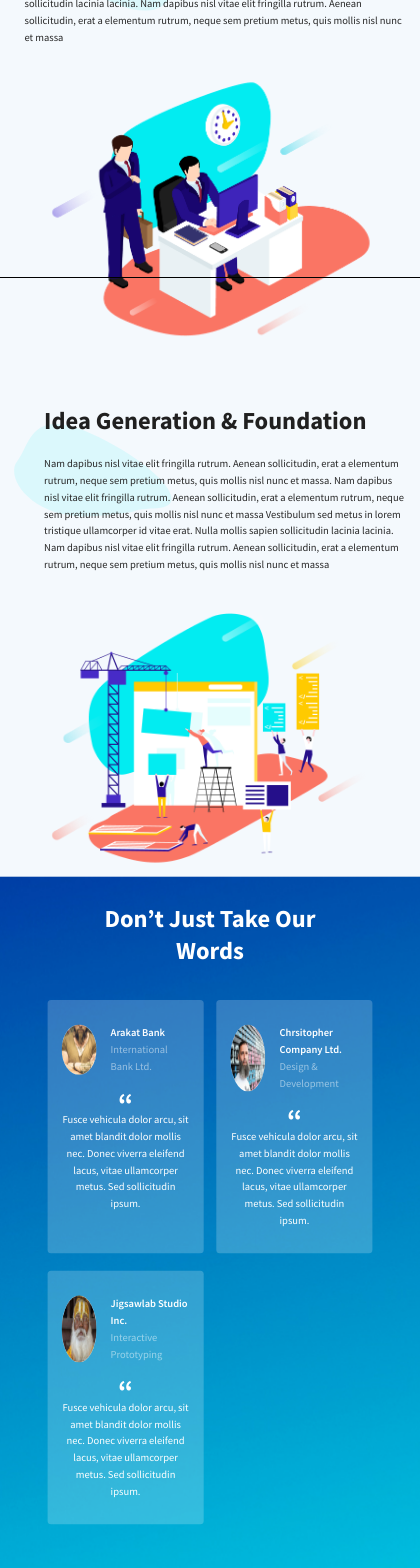
Repository: advert31337/marafon_from0to1_MartaUP
Page: index.html
An editor plug-in stored every save of this project. The page is shown before and after the next save, followed by the edit.
The browser window is 600 px wide. The pictures show the part of the page from y = 2509 to 4749 px (the page is 4749 px tall before and 4710 px after), at 70% of full size.

Above is the page before, as saved 2020-03-08 17:57:36.

### index.html
<!DOCTYPE html>
<html lang="en">

<head>
    <meta charset="UTF-8">
    <meta name="viewport" content="width=device-width, initial-scale=1.0">
    <title>Marafon MartaUP</title>
    <link href="https://fonts.googleapis.com/css?family=Source+Sans+Pro:400,600,700&display=swap" rel="stylesheet">
    <link rel="stylesheet" href="css/reset.css">
    <link rel="stylesheet" href="css/slick.css">
    <link rel="stylesheet" href="css/style.css">
</head>

<body>
    <header class="header">

        <div class="container">
            <div class="header__top">

                <div class="logo">
                    <a href="#!">+
                        <img src="images/logo.svg" alt="">
                    </a>
                </div>

                <nav class="menu">
                    <div class="menu__btn">
                        <span>

                        </span>
                    </div>
                    <ul class="menu__list">
                        <li><a class="menu__list-item" href="#">home</a></li>
                        <li><a class="menu__list-item" href="#">work</a></li>
                        <li><a class="menu__list-item" href="#">about</a></li>
                        <li><a class="menu__list-item" href="#">contact</a></li>
                    </ul>
                </nav>

                <div class="header-btn">
                    <a class="login" href="#">login</a>
                    <a class="sign-up" href="#">sign up</a>
                </div>

            </div>

            <div class="header-slider">
                <div class="header-slider__item">
                    <div class="header-slider__item-content">

                        <div class="header-slider__item-info">
                            <h3 class="header-slider__title">
                                We Build Apps & Websites
                                for Your Business
                            </h3>
                            <div class="header-slider__description">
                                For startups, For businesses & For you
                            </div>
                            <a href="" class="header-slider__btn">Request a quote</a>
                        </div>

                        <div class="header-slider__item-images">
                            <img src="images/slider-img.png" alt="">
                        </div>
                    </div>
                </div>


                <div class="header-slider__item">
                    <div class="header-slider__item-content">

                        <div class="header-slider__item-info">
                            <h3 class="header-slider__title">
                                We Build Apps & Websites
                                for Your Business
                            </h3>
                            <div class="header-slider__description">
                                For startups, For businesses & For you
                            </div>
                            <a href="" class="header-slider__btn">Request a quote</a>
                        </div>

                        <div class="header-slider__item-images">
                            <img src="images/slider-img.png" alt="">
                        </div>
                    </div>
                </div>


                <div class="header-slider__item">
                    <div class="header-slider__item-content">

                        <div class="header-slider__item-info">
                            <h3 class="header-slider__title">
                                We Build Apps & Websites
                                for Your Business
                            </h3>
                            <div class="header-slider__description">
                                For startups, For businesses & For you
                            </div>
                            <a href="" class="header-slider__btn">Request a quote</a>
                        </div>

                        <div class="header-slider__item-images">
                            <img src="images/slider-img.png" alt="">
                        </div>
                    </div>
                </div>


                <div class="header-slider__item">
                    <div class="header-slider__item-content">

                        <div class="header-slider__item-info">
                            <h3 class="header-slider__title">
                                We Build Apps & Websites
                                for Your Business
                            </h3>
                            <div class="header-slider__description">
                                For startups, For businesses & For you
                            </div>
                            <a href="" class="header-slider__btn">Request a quote</a>
                        </div>

                        <div class="header-slider__item-images">
                            <img src="images/slider-img.png" alt="">
                        </div>
                    </div>
                </div>


                <div class="header-slider__item">
                    <div class="header-slider__item-content">

                        <div class="header-slider__item-info">
                            <h3 class="header-slider__title">
                                We Build Apps & Websites
                                for Your Business
                            </h3>
                            <div class="header-slider__description">
                                For startups, For businesses & For you
                            </div>
                            <a href="" class="header-slider__btn">Request a quote</a>
                        </div>

                        <div class="header-slider__item-images">
                            <img src="images/slider-img.png" alt="">
                        </div>
                    </div>
                </div>
            </div>

        </div>

    </header>

    <section class="specialised">
        <div class="container">
            <div class="specialised__title title">
                We are specialised in
            </div>
            <div class="specialised__items">
                <div class="specialised__item">
                    <div class="specialised__item-img">
                        <img src="images/specialise-1.svg" alt="">
                    </div>

                    <div class="specialise__item-title">
                        UI/UX Design
                    </div>
                    <div class="specialise__item-text">
                        In hac habitasse platea dictumstmus adipiscing fermentum quam volutpat aliquam. Integer cilisis tristique.
                    </div>
                </div>
                <div class="specialised__item">
                    <div class="specialised__item-img">
                        <img src="images/specialise-2.svg" alt="">
                    </div>
                    <div class="specialise__item-title">
                        Web Development
                    </div>
                    <div class="specialise__item-text">
                        In hac habitasse platea dictumstmus adipiscing fermentum quam volutpat aliquam. Integer cilisis tristique.
                    </div>
                </div>
                <div class="specialised__item">
                    <div class="specialised__item-img">
                        <img src="images/specialise-3.svg" alt="">
                    </div>
                    <div class="specialise__item-title">
                        App Development
                    </div>
                    <div class="specialise__item-text">
                        In hac habitasse platea dictumstmus adipiscing fermentum quam volutpat aliquam. Integer cilisis tristique.
                    </div>
                </div>
            </div>
        </div>
    </section>

    <section class="advantages">
        <div class="container">

            <div class="advantages-box">
                <div class="advantages-box__info">
                    <div class="advantages-box__title">
                        Experienced Designers & Developers
                    </div>
                    <div class="advantages-box__text">
                        <p>
                            Nam dapibus nisl vitae elit fringilla rutrum. Aenean sollicitudin, erat a elementum rutrum, neque sem pretium metus, quis mollis nisl nunc et massa.
                        </p>
                        <p>
                            Vestibulum sed metus in lorem tristique ullamcorper id vitae erat.
                        </p>
                    </div>
                </div>

                <div class="advantages-box__img">
                    <img src="images/advantages-1.png" alt="">
                </div>
            </div>

            <div class="advantages-box advantages-box--right">
                <div class="advantages-box__info">
                    <div class="advantages-box__title">
                        Information Architect &
                        Visual Prototyping
                    </div>
                    <div class="advantages-box__text">
                        <p>
                            Nam dapibus nisl vitae elit fringilla rutrum. Aenean sollicitudin, erat a elementum rutrum, neque sem pretium metus, quis mollis nisl nunc et massa.
                        </p>
                        <p>
                            Vestibulum sed metus in lorem tristique ullamcorper id vitae erat. Nulla mollis sapien sollicitudin lacinia lacinia. Nam dapibus nisl vitae elit fringilla rutrum. Aenean sollicitudin, erat a elementum rutrum, neque sem pretium metus, quis mollis nisl nunc et massa
                        </p>
                    </div>
                </div>
                <div class="advantages-box__img">
                    <img src="images/advantages-2.png" alt="">
                </div>
            </div>

            <div class="advantages-box">
                <div class="advantages-box__info advantages-box__info--bg">
                    <div class="advantages-box__title">
                        Idea Generation & Foundation
                    </div>
                    <div class="advantages-box__text">
                        <p>
                            Nam dapibus nisl vitae elit fringilla rutrum. Aenean sollicitudin, erat a elementum rutrum, neque sem pretium metus, quis mollis nisl nunc et massa. Nam dapibus nisl vitae elit fringilla rutrum. Aenean sollicitudin, erat a elementum rutrum, neque sem pretium metus, quis mollis nisl nunc et massa    Vestibulum sed metus in lorem tristique ullamcorper id vitae erat. Nulla mollis sapien sollicitudin lacinia lacinia. Nam dapibus nisl vitae elit fringilla rutrum. Aenean sollicitudin, erat a elementum rutrum, neque sem pretium metus, quis mollis nisl nunc et massa
                        </p>
                    </div>
                </div>

                <div class="advantages-box__img">
                    <img src="images/advantages-3.png" alt="">
                </div>
            </div>
        </div>
    </section>

    <section class="reviews">
        <div class="container">
            <div class="reviews__title title">
                Don’t Just Take Our Words
            </div>
            <div class="reviews__items">

                <div class="reviews__item">
                    <div class="reviews__item-head">
                        <img src="images/rev-1.jpg" alt="">
                        <div class="reviews__item-info">
                            <div class="reviews__item-name">
                                Arakat Bank
                            </div>
                            <div class="reviews__item-position">
                                International Bank Ltd.
                            </div>
                        </div>
                    </div>
                    <div class="reviews__item-text">
                        Fusce vehicula dolor arcu, sit amet blandit dolor mollis nec. Donec viverra eleifend lacus, vitae ullamcorper metus. Sed sollicitudin ipsum.
                    </div>
                </div>

                <div class="reviews__item">
                    <div class="reviews__item-head">
                        <img src="images/rev-2.jpg" alt="">
                        <div class="reviews__item-info">
                            <div class="reviews__item-name">
                                Chrsitopher Company Ltd.
                            </div>
                            <div class="reviews__item-position">
                                Design & Development
                            </div>
                        </div>
                    </div>
                    <div class="reviews__item-text">
                        Fusce vehicula dolor arcu, sit amet blandit dolor mollis nec. Donec viverra eleifend lacus, vitae ullamcorper metus. Sed sollicitudin ipsum.
                    </div>
                </div>

                <div class="reviews__item">
                    <div class="reviews__item-head">
                        <img src="images/rev-3.jpg" alt="">
                        <div class="reviews__item-info">
                            <div class="reviews__item-name">
                                Jigsawlab Studio Inc.
                            </div>
                            <div class="reviews__item-position">
                                Interactive Prototyping
                            </div>
                        </div>
                    </div>
                    <div class="reviews__item-text">
                        Fusce vehicula dolor arcu, sit amet blandit dolor mollis nec. Donec viverra eleifend lacus, vitae ullamcorper metus. Sed sollicitudin ipsum.
                    </div>
                </div>

            </div>
        </div>
    </section>

    <!-- <footer class="footer">
        <div class="container">
            <div class="footer__inner">
                <div class="footer__link">
                    <a href="#">About Martaup</a>
                    <a href="#">Help</a>
                    <a href="#">Privacy Policy</a>
                </div>
                <div class="footer__copy">
                    © 2013-2018 All rights reserved.
                </div>
            </div>
        </div>
    </footer> -->


    <script src="https://ajax.googleapis.com/ajax/libs/jquery/3.4.1/jquery.min.js"></script>
    <script src="js/slick.min.js"></script>
    <script src="js/main.js"></script>
</body>

</html>

### css/style.css
*{
    box-sizing: border-box;
}

body {
    font-family: 'Source Sans Pro', sans-serif;
    font-size: 15px;
    line-height: 24px;
}

a {
    text-decoration: none;
    color: inherit;
}
.header {
    background-image: url('../images/header-bg.jpg');
    min-height: 793px;
    background-repeat: no-repeat;
    background-size: cover;
    background-position: top center;
}

.container {
    max-width: 1200px;
    margin: 0 auto;
    padding: 0 15px 0 15px;

}

.header__top {
    display: flex;
    justify-content: space-between;
    height: 100px;
    align-items: center;
}

.menu__list {
    display: flex;
}

.menu__list li + li {
    padding-left: 50px;

}

.login {
    margin-right: 44px;
    color: #fff;
    text-transform: uppercase;
    font-weight: 600;
}

.menu__list a{
    opacity: 0.5;
    color: #fff;
    font-weight: 600;
    text-transform: uppercase;
    transition: all 0.5s;
}

.menu__list a:hover {
    opacity: 1;
}

.sign-up {
    text-transform: uppercase;
    color: #250f8a;
    font-weight: 600;
    background-color: #fff;
    padding: 8px 43px;
    border-radius: 20px;

}

.header-slider {
    padding-top: 111px;
}
.header-slider__item {

}
.header-slider__item-content {
    display: flex;
    justify-content: space-between;
}
.header-slider__item-info {
    max-width: 506px;
    color:#fff;
}
.header-slider__title {
    font-weight: 700;
    font-size: 45px;
    line-height: 60px;
    margin-bottom: 10px;
}
.header-slider__description {
    line-height: 55px;
    font-size: 24px;
    margin-bottom: 60px;
}
.header-slider__btn {
    font-weight: 600;
    text-transform: uppercase;
    color: #250F8A;
    padding: 13px 39px;
    background-color: #FFCA00;
    border-radius: 25px;
}
.header-slider__item-images {
    margin: 10px 82px 0 0;
}

.header-dots{
    list-style: none;
    position: absolute;
    right: 0;
    top: 50%;
    transform: translateY(-50%)
}

.header-dots button {
    border: none;
    background-color: #fff;
    opacity: 0.5;
    font-size: 0;
    padding: 0;
    width: 7px;
    height: 7px;
    border-radius: 3.5px;
    cursor: pointer;
    outline: none;
    margin: 10px auto;
    display: block;
}

.header-dots .slick-active button{
    width: 15px;
    opacity: 1;
}

.specialised{
    padding: 55px 0 93px;
    background-image: url(../images/special-bg.svg);
    background-position: left bottom;
    background-repeat: no-repeat;
    color: #202020;
    text-align: center;
}

.specialised__title {
    margin-bottom: 96px;
}
.title {
    font-size: 35px;
    line-height: 45px;
    font-weight: 700;
    text-align: center;
}

.specialised__items {
    display: flex;
    justify-content: space-between;
    max-width: 980px;
    margin: 0 auto;

}
.specialised__item {
    width: 280px;
}
.specialised__item-img {
    margin-bottom: 23px;
    min-height: 159px;
}
.specialise__item-title {
    margin-bottom: 11px;
    font-size: 20px;
    font-weight: 700;
}
.specialise__item-text {
   padding: 0 10px;
   color: #272727;
   opacity: 0.7;
}


.advantages {
    padding-top: 64px;
    background: #f4f9fd;
    background-image: url(../images/advantages-bg.svg);
    background-repeat: no-repeat;
    background-position: center right;
}

.advantages-box {
    display: flex;
    justify-content: space-between;
    padding-bottom: 76px;
}

 .advantages-box--right .advantages-box__info{
    order: 1;
    background-image: url(../images/title-bg-2.svg);
    background-position: 22px 130px;
}
.advantages-box__info {
    max-width: 455px;
    padding-top: 60px;
    background-image: url(../images/title-bg-1.svg);
    background-repeat: no-repeat;
    background-position: 22px 76px;
}

.advantages-box__info--bg{
    background-image: url(../images/title-bg-3.svg);
    background-position: 5px 105px;
}


.advantages-box__title {
    color: #202020;
    font-size: 35px;
    line-height: 45px;
    font-weight: 700;
    padding: 68px 0 15px 48px;

}
.advantages-box__text {
    padding-left: 48px;
    color: #272727;
}

.advantages-box__text p{
    margin: 12px 0;
}


.reviews {
    background-image: url(../images/reviews-bg.jpg);
    background-repeat: no-repeat;
    background-position: top center;
    background-size: cover;
    padding: 38px 53px;
}

.reviews__title {
    color: #fff;
    margin: 0 auto 48px;
    max-width: 384px;
}
.reviews__items {
    max-width: 940px;
    margin: 0 auto;
    display: flex;
    justify-content: space-between;
}
.reviews__item {
    width: 300px;
    border-radius: 5px;
    background-color: rgba(255, 255, 255, .2);
    padding: 35px 20px;
    color: #fff;
}
.reviews__item-head {
    margin-bottom: 13px;
    display: flex;
}

.reviews__item-head img{
    border-radius: 50%;
    margin-right: 20px;
}

.reviews__item-name {
    font-weight: 600;
}
.reviews__item-position {
    opacity: .5;
}
.reviews__item-text {
    text-align: center;
    padding-top: 39px;
    position: relative;
}

.reviews__item-text::before{
    content: "“";
    font-size: 40px;
    line-height: 55px;
    font-weight: 700;
    position: absolute;
    top: 0;
    left: 0;
    right: 0;
}

.footer{

}

.footer__inner {
    display: flex;
    justify-content: space-between;
    align-items: center;
    height: 61px;
    color: #272727;
    padding: 0 40px;
}
.footer__link a + a {
    margin-left: 20px;
}




@media (max-width: 1620px){
    .advantages{
        background-image: none;
    }
}


@media (max-width: 1201px){
    .specialised{
        background-size: 60px;
    }
}

@media (max-width: 1190px){
    .header-slider__item-images{
        margin: 50px 20px 0 0;
    }
    .header-slider__item-images img{
        width: 80%;
    }
    .header-slider__item-info{
        padding: 50px 0;
    }

    .header-slider{
        padding-top: 25px;
    }

    .advantages-box__img img{
        width: 80%
    }

    .advantages-box__img{
        text-align: center;
    }

    .advantages-box{
        justify-content: space-around;
    }

    .advantages-box--right .advantages-box__title{
        padding: 30px 0 15px 20px;
    }

    .advantages-box--right .advantages-box__text{
        padding-left: 20px;
    }

    .advantages-box--right .advantages-box__info{
        padding-right: 30px;
    }
}

@media (max-width: 1080px){
    .specialised{
        background-image: none;
    }

    .advantages-box__info{
        padding-top: 10px;
    }

    .advantages-box--right .advantages-box__info{
        padding-right: 10px;
    }

    .advantages-box__img{
        width: 71%;
        margin-top: 40px;
    }

    .reviews__items{
        flex-wrap: wrap;
    }
    .reviews__item{
        width: 48%;
        margin-bottom: 25px;
    }
}


@media (max-width: 924px){
    .header__top{
        flex-wrap: wrap;
    }

    .header-btn{
        width: 100%;
        text-align: right;
    }

    .login{
        margin-right: 30px;
    }

}

@media (max-width: 900px){
    .header-slider__item-images{
        display: none;
    }
}

@media (max-width: 858px) {
    .advantages{
        padding-top: 0;
    }

    .advantages-box__info{
        max-width: 100%;
        flex-wrap: wrap;
    }

    .advantages-box{
        flex-wrap: wrap;
        padding-bottom: 20px;
    }

    .advantages-box--right .advantages-box__info{
        order: 0;
    }

    .advantages-box__img{
        width: 100%;
    }
}

@media (max-width: 775px) {
    .specialised{
        padding: 20px 0 40px;
    }

    .specialised__title{
        margin-bottom: 40px;
    }

    .specialised__items{
        flex-wrap: wrap;
    }

    .specialised__item{
        width: 50%;
        margin-bottom: 20px;
    }
}

@media (max-width: 570px) {
    .menu__list{
        display: none;
        position: absolute;
        top: 120px;
        left: 0;
        text-align: center;
        width: 100%;
        background-color: #1a50a8;
        z-index: 5;
    }

    .menu__list li + li{
        padding-left: 0;
    }

    .menu__list a{
        display: block;
        padding: 10px;
    }

    .menu__btn{
        width: 30px;
        height: 20px;
        position: relative;

    }

    .menu__btn span{
        width: 100%;
        height: 2px;
        background-color: #fff;
        top:9px;
        position: absolute;
    }

    .menu__btn::after,
    .menu__btn::before{
        content: "";
        height: 2px;
        width: 100%;
        background-color: #fff;
        position: absolute;
    }

    .menu__btn::after{
        top: 0;
    }

    .menu__btn::before{
        bottom: 0;
    }

    .header-slider__item-info{
        padding: 10px 30px 10px 0;
    }

    .header{
        min-height: 580px;
    }

    .header-slider__description{
        margin-bottom: 20px;
        font-size: 20px;
        line-height: 35px;
    }

    .header-slider__title{

        font-size: 35px;
        line-height: 45px;

    }


    .specialised__items{
        display: block;
    }

    .specialised__item{
        width: 100%;

    }

    .title{
        font-size: 30px;
        line-height: 40px;
    }

    .advantages-box__title{
        font-size: 30px;
        line-height: 40px;
        padding: 68px 0 15px 0px;
    }

    .advantages-box__text{
        padding-left: 0;
    }

    .advantages-box--right .advantages-box__title{
        padding: 30px 0 15px 0;
    }

    .advantages-box--right .advantages-box__text{
        padding-left: 0;
    }

}

@media (min-width: 570px){
    .menu__list{
        display: flex !important;
    }

}

### js/main.js
$(function(){
    $('.header-slider').slick({
        arrows: false,
        vertical: true,
        dots: true,
        dotsClass: 'header-dots',
        autoplay: 2000,

    })

    $('.menu__btn').on('click', function(){
        $('.menu__list').slideToggle()
    })
})

Loaded but not shown: css/reset.css (common file); css/slick.css (common file); js/slick.min.js (library)

After the next save:
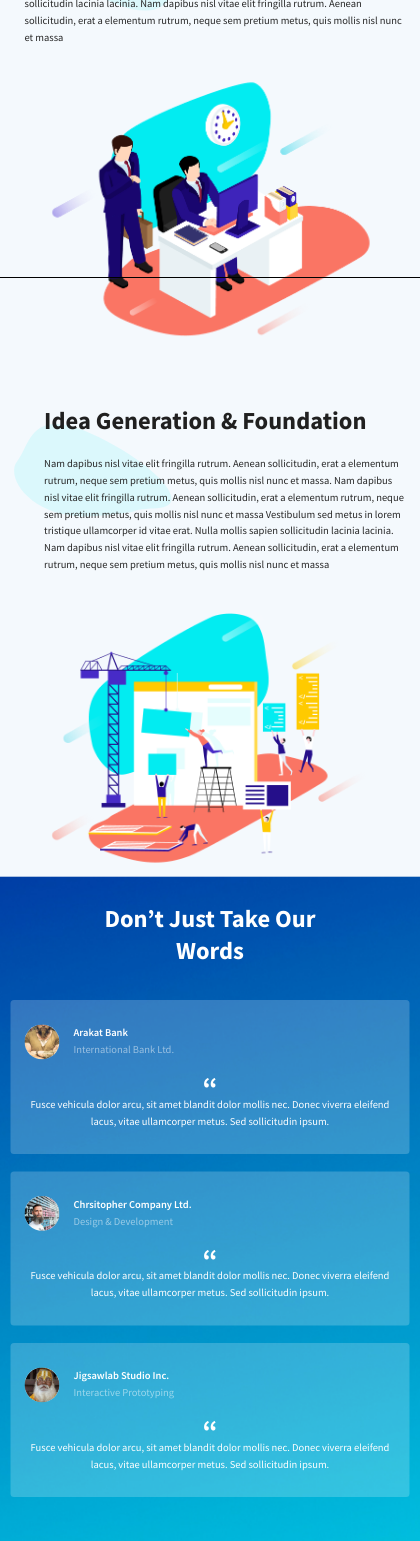
Saved 71 min 41 s later.
--- a/css/style.css
+++ b/css/style.css
@@ -457,6 +457,20 @@ a {
     }
 }
 
+@media (max-width: 685px){
+    .reviews__items{
+        display: block;
+    }
+    .reviews__item{
+        width: 100%;
+        margin-bottom: 25px;
+    }
+
+    .reviews{
+        padding: 38px 0;
+    }
+}
+
 @media (max-width: 570px) {
     .menu__list{
         display: none;
